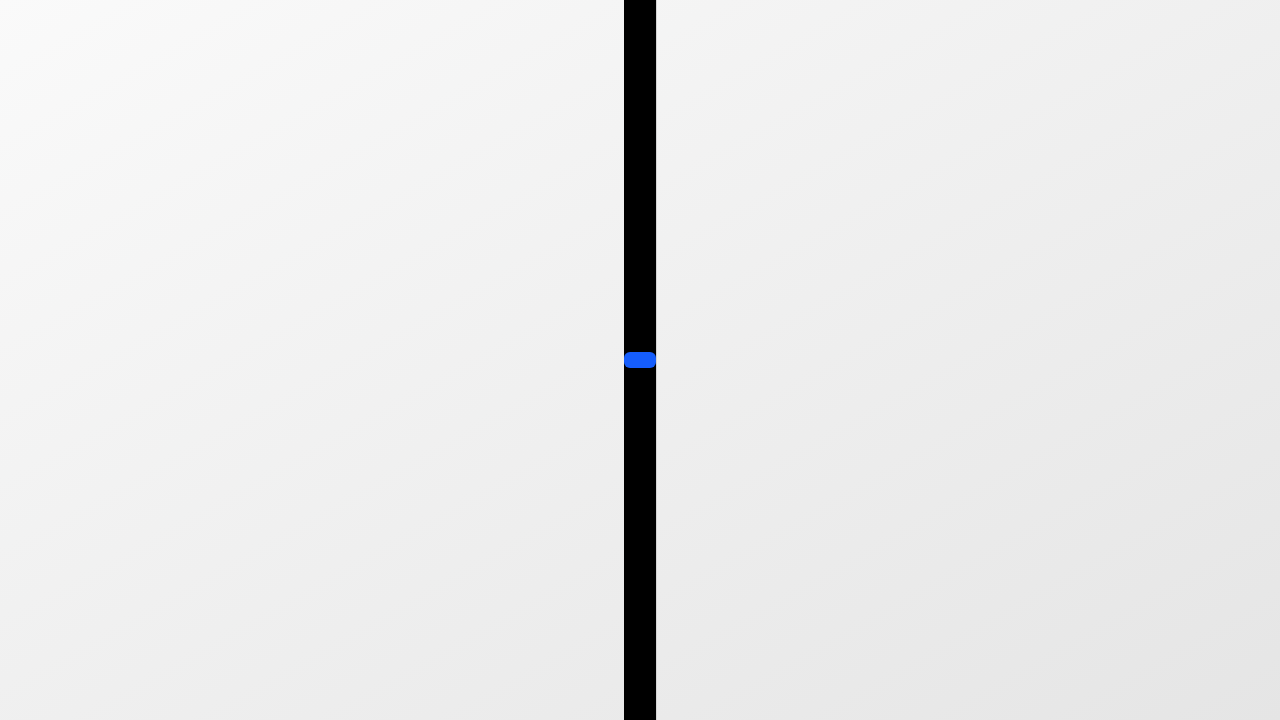
Repository: akanksha653/connectify
Page: /anonymous
An editor plug-in stored every save of this project. The page is shown before and after the next save, followed by the edit.
The browser window is 1280 px wide. The pictures show the whole page.
The page's requests for data from a server got no answer. The project was rebuilt for these pictures with package versions that can differ from the ones it lists, and the page was loaded fresh each time. The framework's server and built-in components were replaced by stand-ins that run in the browser. No one was signed in, and anything a server would have sent is missing. Also part of the build but not shown: next.config.ts, components/video/LocalVideo.tsx, components/video/RemoteVideo.tsx, components/chat/Message.tsx, components/chat/ChatBox.tsx, features/anonymousChat/components/FindingPartner.tsx.

Above is the page before, as saved 2025-07-12 11:46:52.

After the next save:
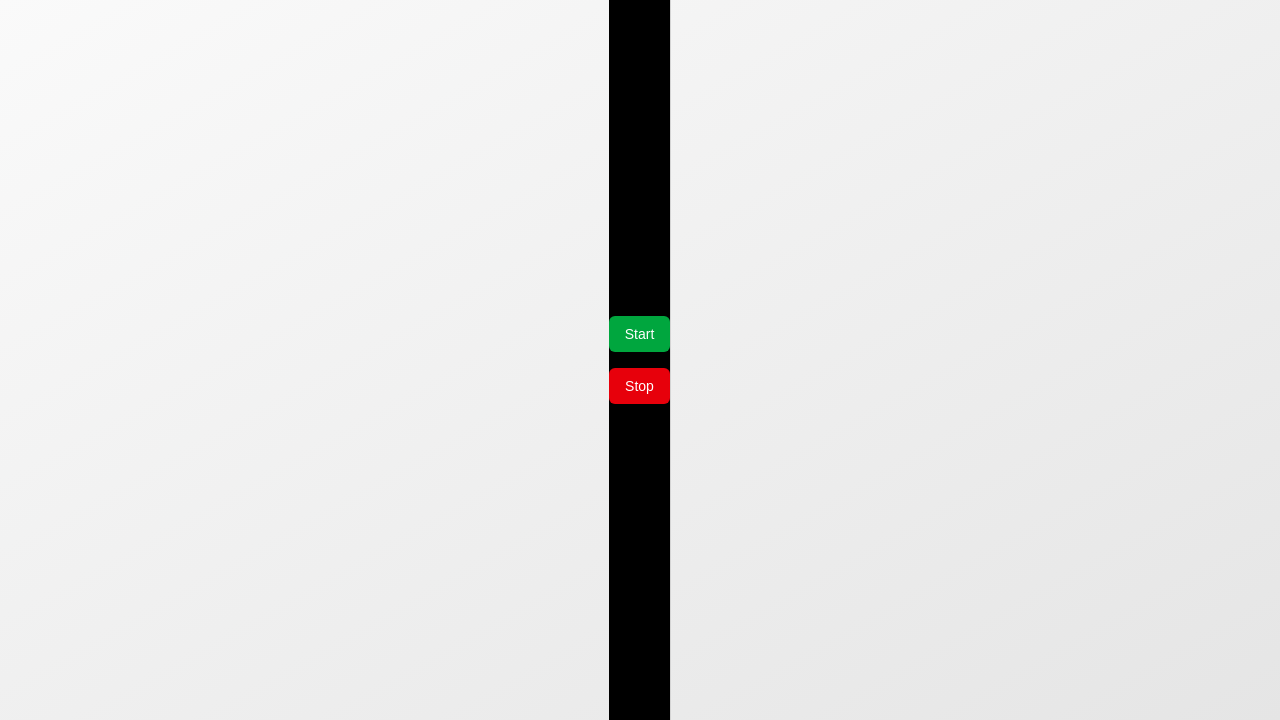
Saved 25 s later.
--- a/features/anonymousChat/components/AnonymousChatRoom.tsx
+++ b/features/anonymousChat/components/AnonymousChatRoom.tsx
@@ -142,7 +142,18 @@
       <div className="flex-1 bg-black flex items-center justify-center relative">
         {!chatStarted ? (
           <div className="flex flex-col items-center justify-center space-y-4">
-            <Button onClick={handleStart}>Start</Button>
+            <Button
+  label="Start"
+  variant="start"
+  onClick={handleStart}
+/>
+
+<Button
+  label="Stop"
+  variant="stop"
+  onClick={handleStop}
+/>
+
           </div>
         ) : loading ? (
           <FindingPartner />

After the save that followed:
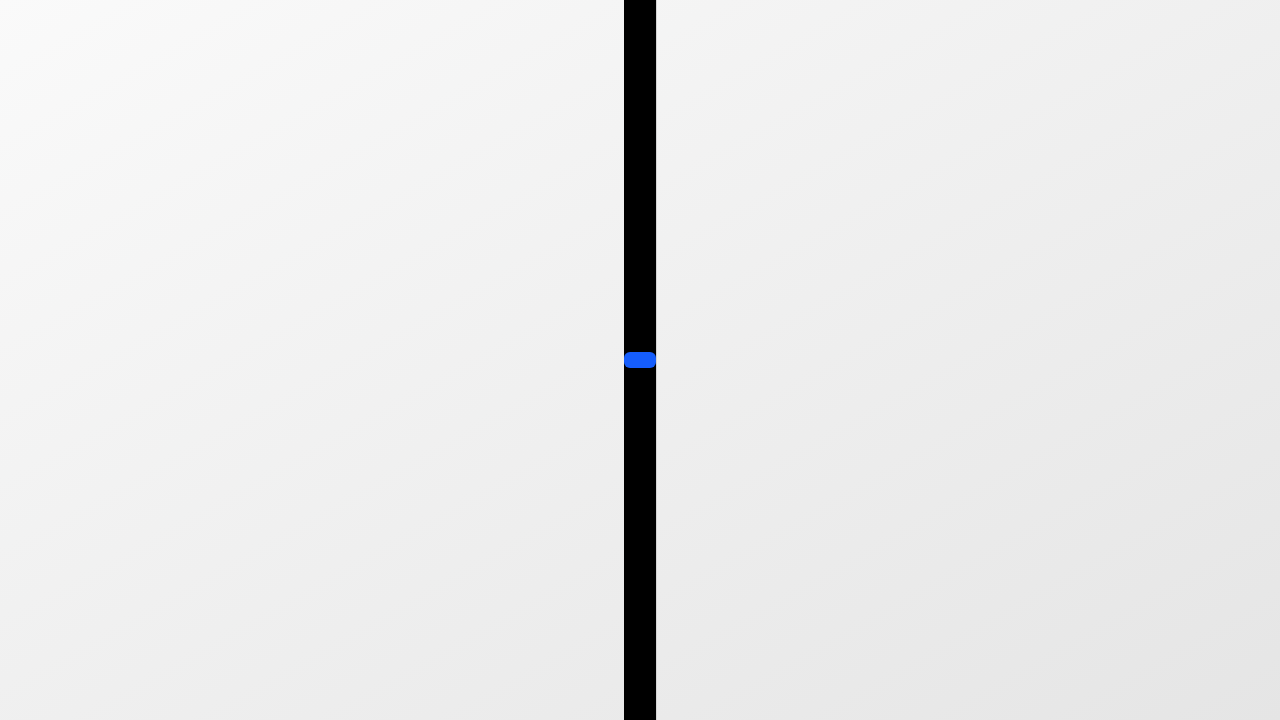
Saved 10 s later.
--- a/features/anonymousChat/components/AnonymousChatRoom.tsx
+++ b/features/anonymousChat/components/AnonymousChatRoom.tsx
@@ -142,18 +142,7 @@
       <div className="flex-1 bg-black flex items-center justify-center relative">
         {!chatStarted ? (
           <div className="flex flex-col items-center justify-center space-y-4">
-            <Button
-  label="Start"
-  variant="start"
-  onClick={handleStart}
-/>
-
-<Button
-  label="Stop"
-  variant="stop"
-  onClick={handleStop}
-/>
-
+            <Button onClick={handleStart}>Start</Button>
           </div>
         ) : loading ? (
           <FindingPartner />
